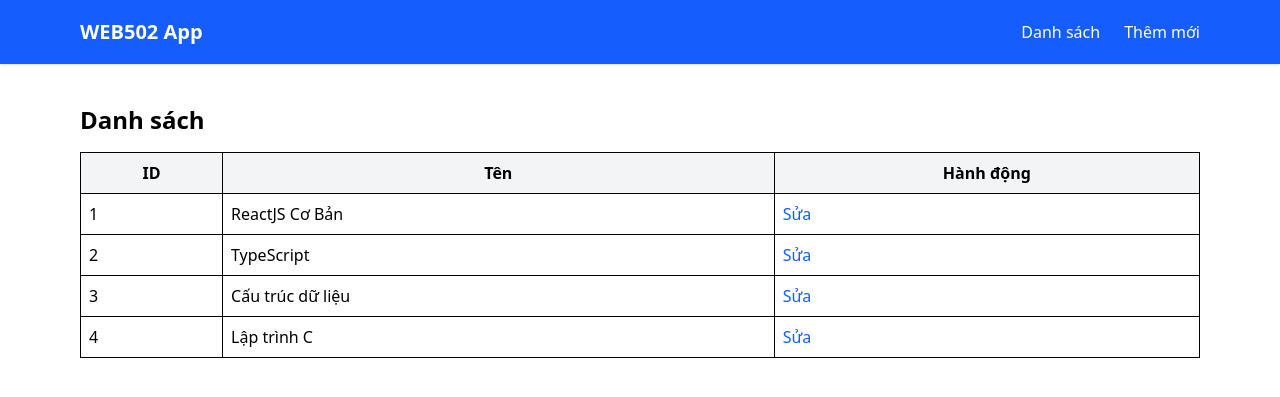
Repository: DODUCHUY195/Lap_Trinh_TypeScript
Page: /
These files come from the project's save history. The page is drawn as it stood at one moment and after the next save; the edit follows.
The browser window is 1280 px wide. The pictures show the whole page.
The project was rebuilt for these pictures with package versions that can differ from the ones it lists, and the page was loaded fresh each time. Also part of the build but not shown: vite.config.ts, src/pages/Add.tsx, src/pages/Edit.tsx.

Above is the page before, as saved 2026-01-14 20:08:35.

### src/App.tsx
import { Toaster } from "react-hot-toast";
import { Link, Routes, Route } from "react-router-dom";

import List from "./pages/List";
import Add from "./pages/Add";
import Edit from "./pages/Edit";



function App() {
  return (
    <>
      {/* NAVBAR */}
      <nav className="bg-blue-600 text-white shadow">
        <div className="max-w-6xl mx-auto px-4 h-16 flex items-center justify-between">
          <Link to="/" className="text-xl font-semibold">
            <strong>WEB502 App</strong>
          </Link>

          <div className="flex items-center space-x-6">
            <Link to="/" className="hover:text-gray-200">
              Danh sách
            </Link>
            <Link to="/add" className="hover:text-gray-200">
              Thêm mới
            </Link>
          </div>
        </div>
      </nav>

      <div className="max-w-6xl mx-auto mt-10 px-4">
        <Routes>
          <Route path="/" element={<List />} />
          <Route path="/add" element={<Add />} />
          <Route path="/edit/:id" element={<Edit />} />
        </Routes>
      </div>

      <Toaster />
    </>
  );
}

export default App;

### src/pages/List.tsx
import { Link } from "react-router-dom";

export interface Subject {
  id: number;
  name: string;
  credit: number;
  category: string;
  teacher: string;
}

export const subjects: Subject[] = [
  {
    id: 1,
    name: "ReactJS Cơ Bản",
    credit: 3,
    category: "Chuyên ngành",
    teacher: "Nguyễn Văn A",
  },
  {
    id: 2,
    name: "TypeScript",
    credit: 2,
    category: "Chuyên ngành",
    teacher: "Trần Thị B",
  },
  {
    id: 3,
    name: "Cấu trúc dữ liệu",
    credit: 3,
    category: "Cơ sở",
    teacher: "Lê Văn C",
  },
  {
    id: 4,
    name: "Lập trình C",
    credit: 4,
    category: "Đại cương",
    teacher: "Phạm Văn D",
  },
];
const List = () => {


  return (
    <div>
      <h1 className="text-2xl font-bold mb-4">Danh sách</h1>

      <table className="w-full border">
        <thead>
          <tr className="bg-gray-100">
            <th className="border p-2">ID</th>
            <th className="border p-2">Tên</th>
            <th className="border p-2">Hành động</th>
          </tr>
        </thead>

        <tbody>
          {subjects.map((item) => (
            <tr key={item.id}>
              <td className="border p-2">{item.id}</td>
              <td className="border p-2">{item.name}</td>
              <td className="border p-2">
                <Link
                  to={`/edit/${item.id}`}
                  className="text-blue-600 hover:underline"
                >
                  Sửa
                </Link>
              </td>
            </tr>
          ))}
        </tbody>
      </table>
    </div>
  );
};

export default List;

### src/component/SubjectList.tsx

export const subjects: Subject[] = [
  {
    id: 1,
    name: "ReactJS Cơ Bản",
    credit: 3,
    category: "Chuyên ngành",
    teacher: "Nguyễn Văn A",
  },
  {
    id: 2,
    name: "TypeScript",
    credit: 2,
    category: "Chuyên ngành",
    teacher: "Trần Thị B",
  },
  {
    id: 3,
    name: "Cấu trúc dữ liệu",
    credit: 3,
    category: "Cơ sở",
    teacher: "Lê Văn C",
  },
  {
    id: 4,
    name: "Lập trình C",
    credit: 4,
    category: "Đại cương",
    teacher: "Phạm Văn D",
  },
];

Loaded but not shown: index.html (common file); src/main.tsx (common file); src/index.css (common file)

After the next save:
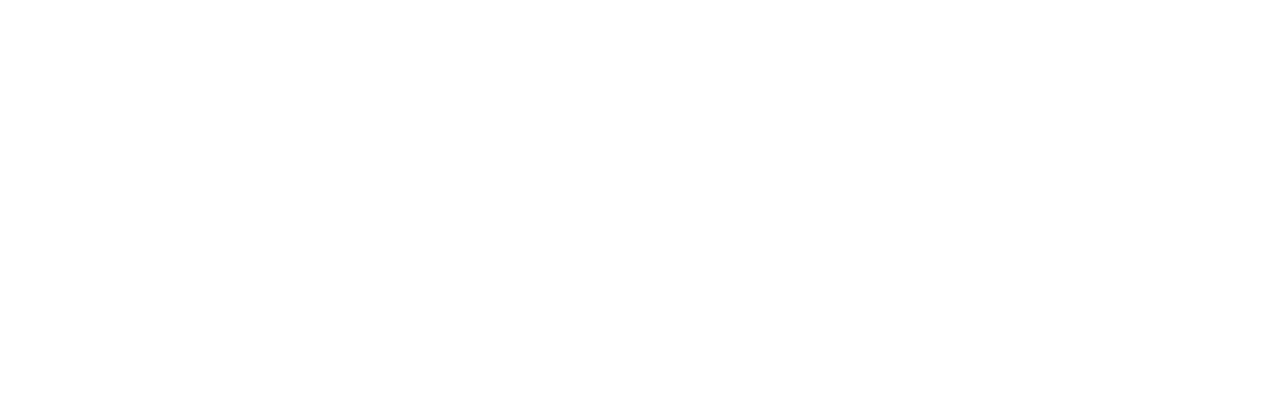
Console error: ReferenceError: subjects is not defined
Saved 6 s later.
--- a/src/pages/List.tsx
+++ b/src/pages/List.tsx
@@ -1,43 +1,7 @@
 import { Link } from "react-router-dom";
 
-export interface Subject {
-  id: number;
-  name: string;
-  credit: number;
-  category: string;
-  teacher: string;
-}
 
-export const subjects: Subject[] = [
-  {
-    id: 1,
-    name: "ReactJS Cơ Bản",
-    credit: 3,
-    category: "Chuyên ngành",
-    teacher: "Nguyễn Văn A",
-  },
-  {
-    id: 2,
-    name: "TypeScript",
-    credit: 2,
-    category: "Chuyên ngành",
-    teacher: "Trần Thị B",
-  },
-  {
-    id: 3,
-    name: "Cấu trúc dữ liệu",
-    credit: 3,
-    category: "Cơ sở",
-    teacher: "Lê Văn C",
-  },
-  {
-    id: 4,
-    name: "Lập trình C",
-    credit: 4,
-    category: "Đại cương",
-    teacher: "Phạm Văn D",
-  },
-];
+
 const List = () => {
 
 

After the 4 saves that followed:
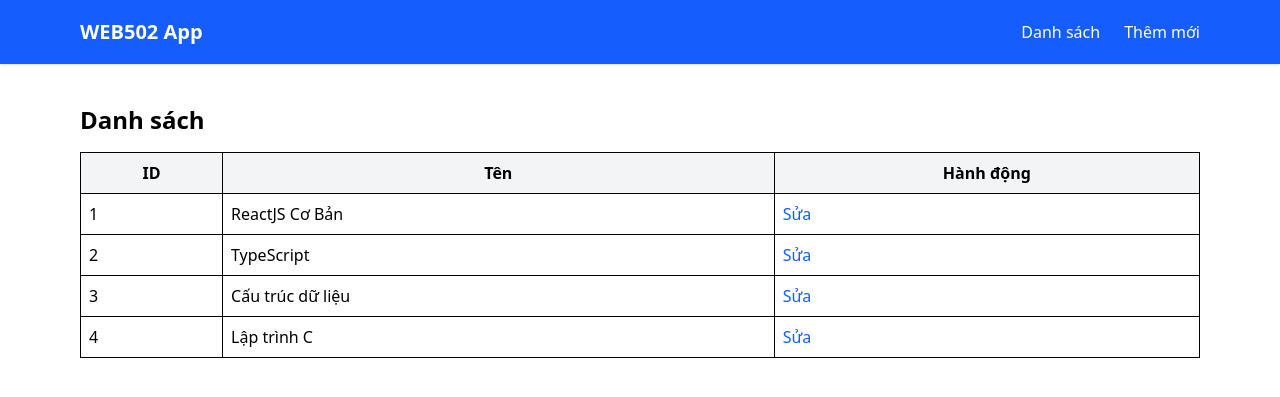
The error is gone.
The 4 saves are shown as one change because 3 left the picture as it was.
The last was saved 3 min 3 s later.
--- a/src/pages/List.tsx
+++ b/src/pages/List.tsx
@@ -1,5 +1,5 @@
 import { Link } from "react-router-dom";
-
+import { subjects } from "../component/SubjectList";
 
 
 const List = () => {
--- a/src/component/SubjectList.tsx
+++ b/src/component/SubjectList.tsx
@@ -1,3 +1,4 @@
+import { Subject } from "../types/Subject";
 
 export const subjects: Subject[] = [
   {
